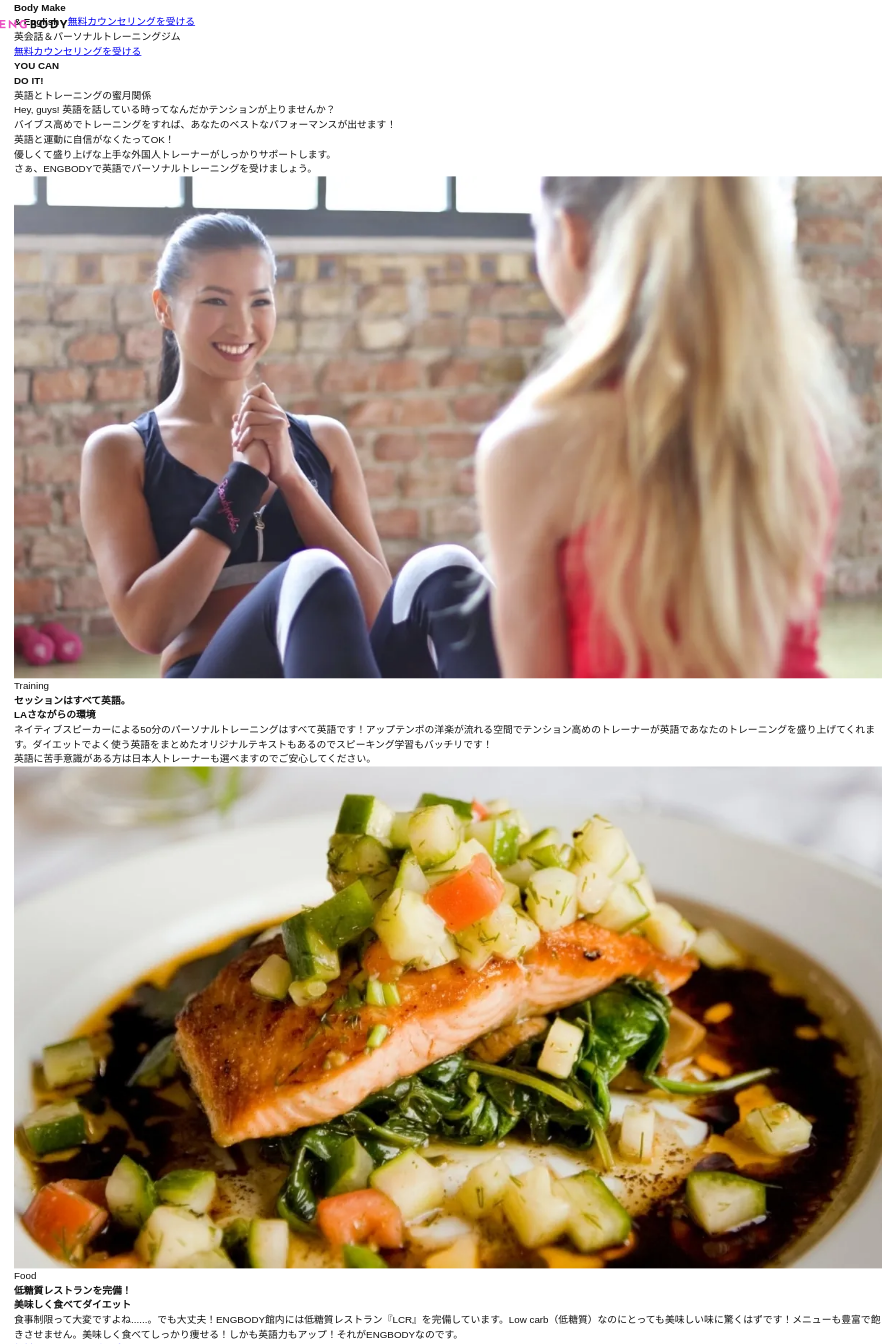
Repository: tetishi/engbody
Page: index.html
These files come from the project's save history. The page is drawn as it stood at one moment and after the next save; the edit follows.
The browser window is 1280 px wide. The pictures show the part of the page from y = 0 to 1920 px (the page is 11968 px tall), at 70% of full size.
The style sheet was rebuilt from its Sass, Less or Tailwind sources for each picture, by a compiler version that may differ from the author's.

Above is the page before, as saved 2023-07-25 16:19:18.

After the next save:
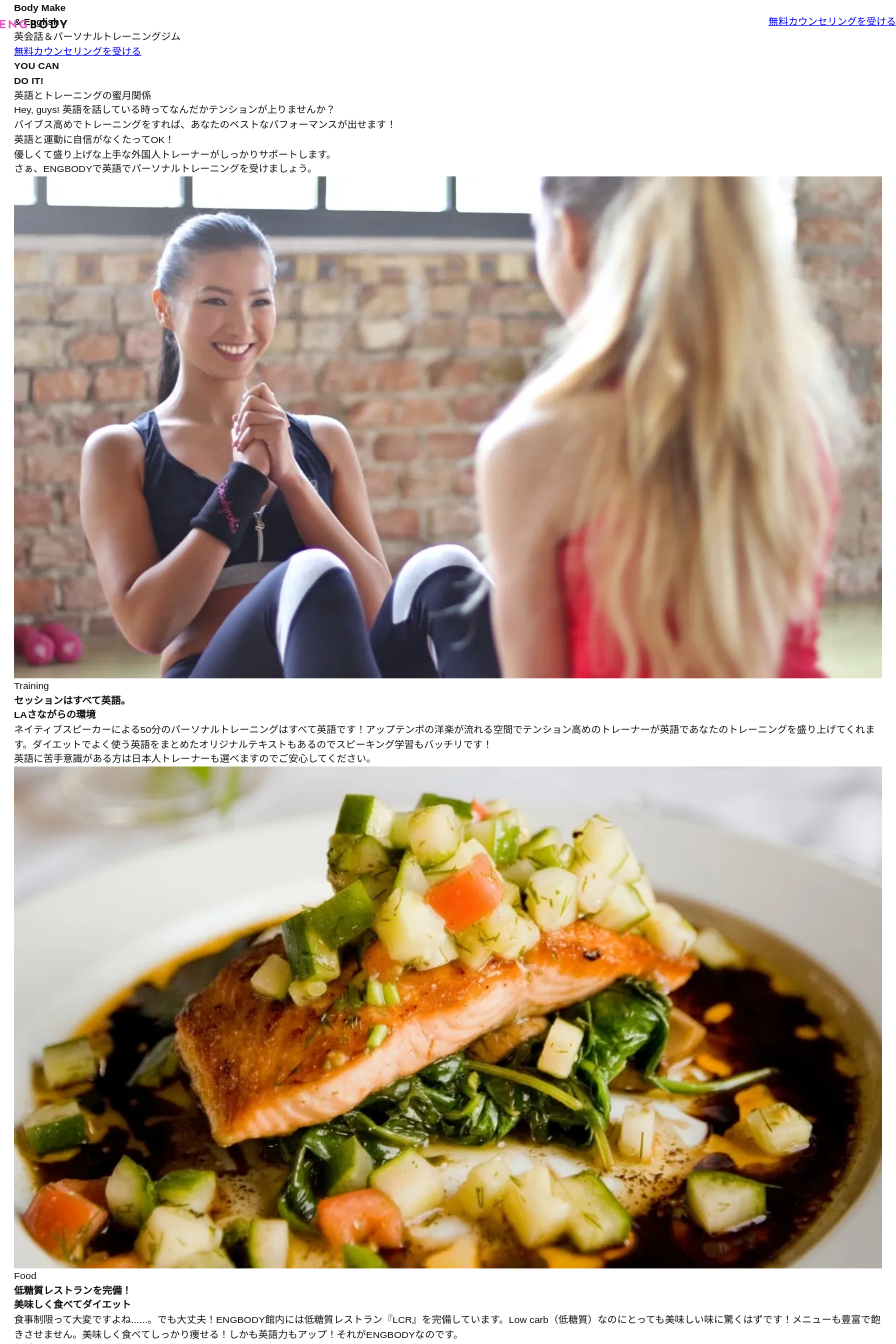
Saved 28 s later.
--- a/css/style.scss
+++ b/css/style.scss
@@ -42,7 +42,7 @@
 // header
 .header {
     position: fixed;
-    // width: 100%;
+    width: 100%;
     top: 0;
     left: 0;
     z-index: 999;

After the 2 saves that followed:
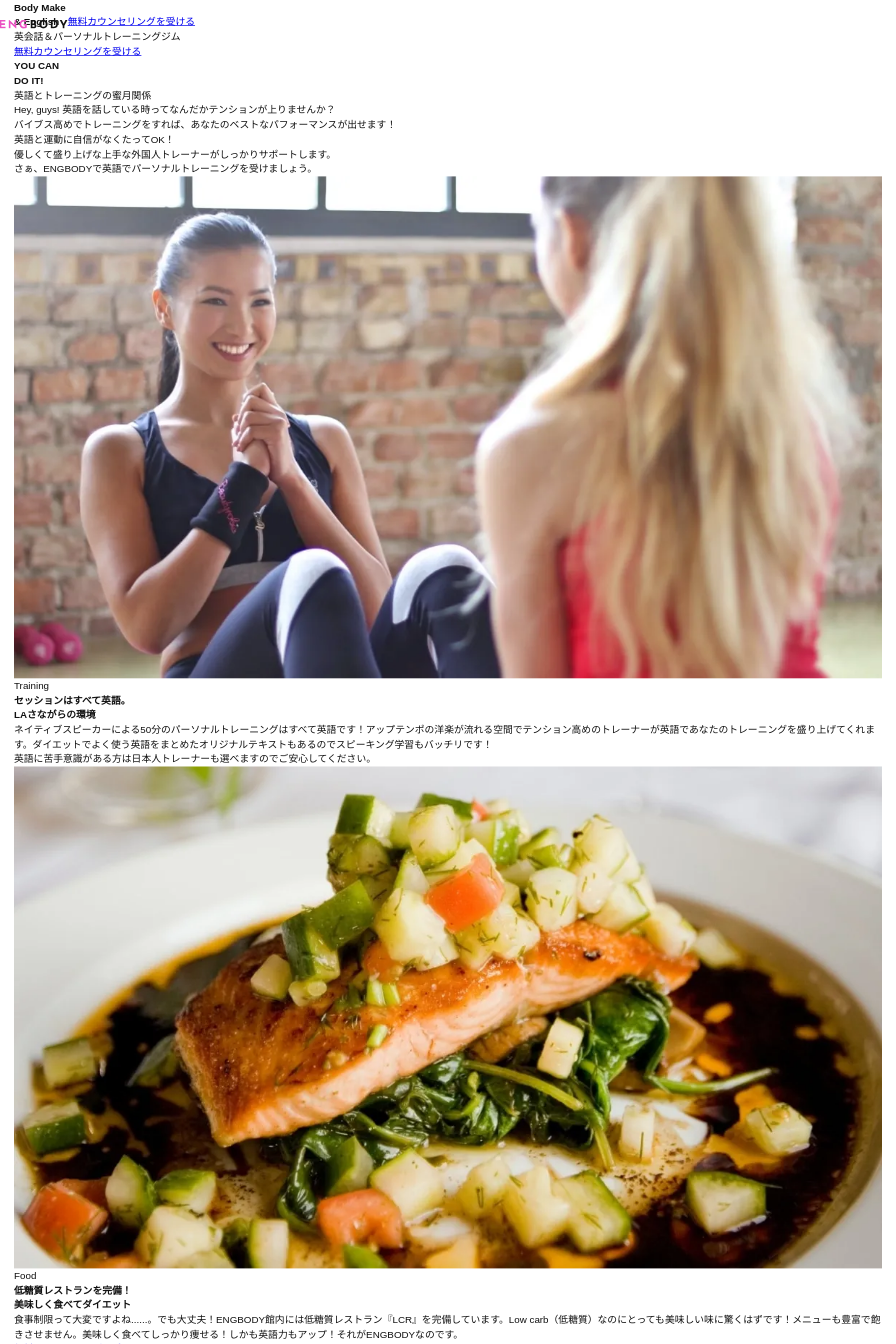
The 2 saves are shown as one change because they came seconds apart.
The last was saved 2 min 40 s later.
--- a/css/style.scss
+++ b/css/style.scss
@@ -42,7 +42,6 @@
 // header
 .header {
     position: fixed;
-    width: 100%;
     top: 0;
     left: 0;
     z-index: 999;
@@ -52,4 +51,6 @@
     justify-content: space-between;
     align-items: center;
     height: 60px;
+    width: 100%;
+
 }
